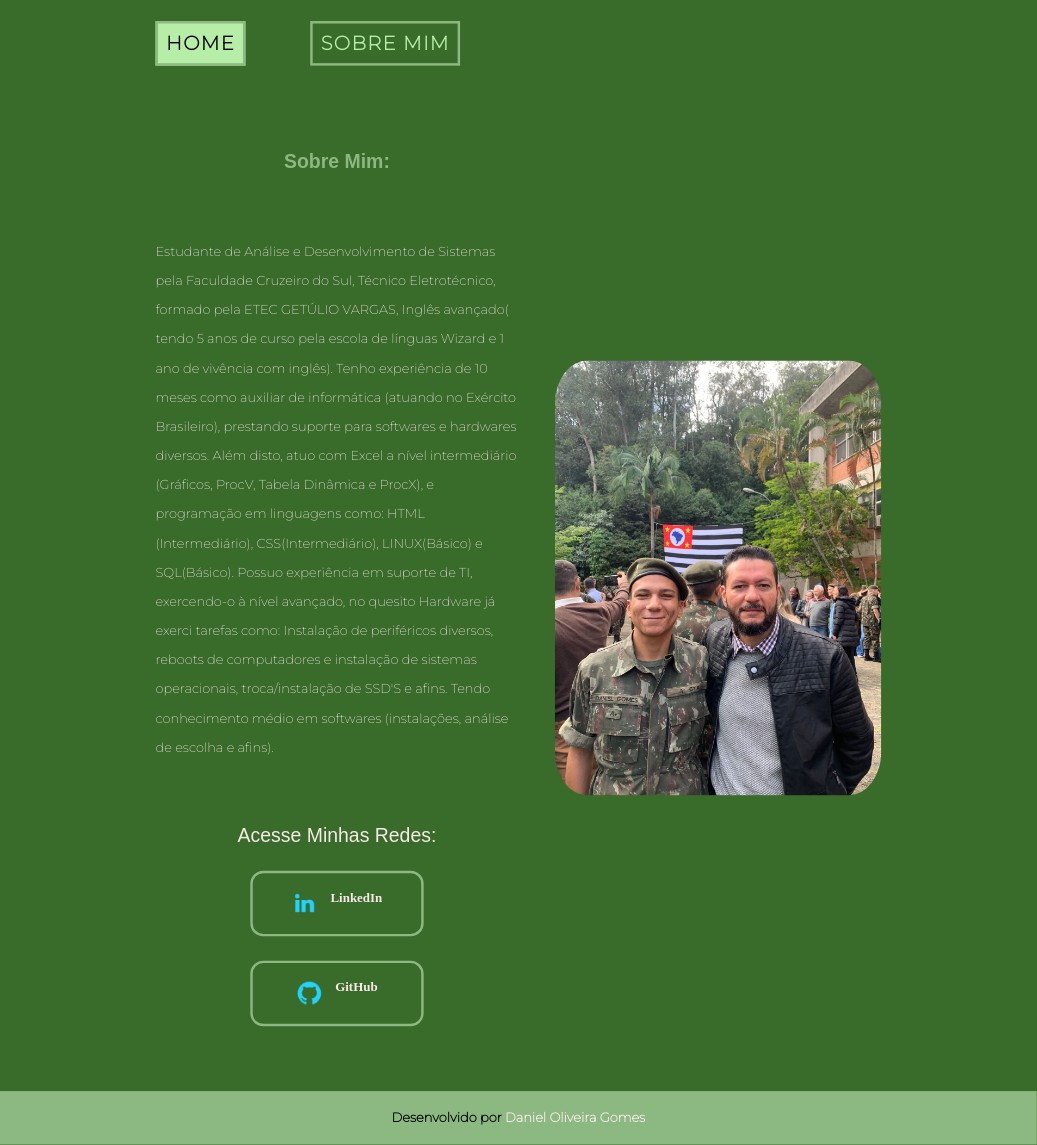
Repository: DamnDTX/Portfolio-Daniel-Oliveira-1
Page: about.html
An editor plug-in stored every save of this project. The page is shown before and after the next save, followed by the edit.
The browser window is 1280 px wide. The pictures show the whole page, at 81% of full size.
The pointer rests on the first visible `.cabecalho__menu__link`.
Some web fonts or font styles are not loaded; a fallback is used.

Above is the page before, as saved 2023-07-11 18:52:42.

After the next save:
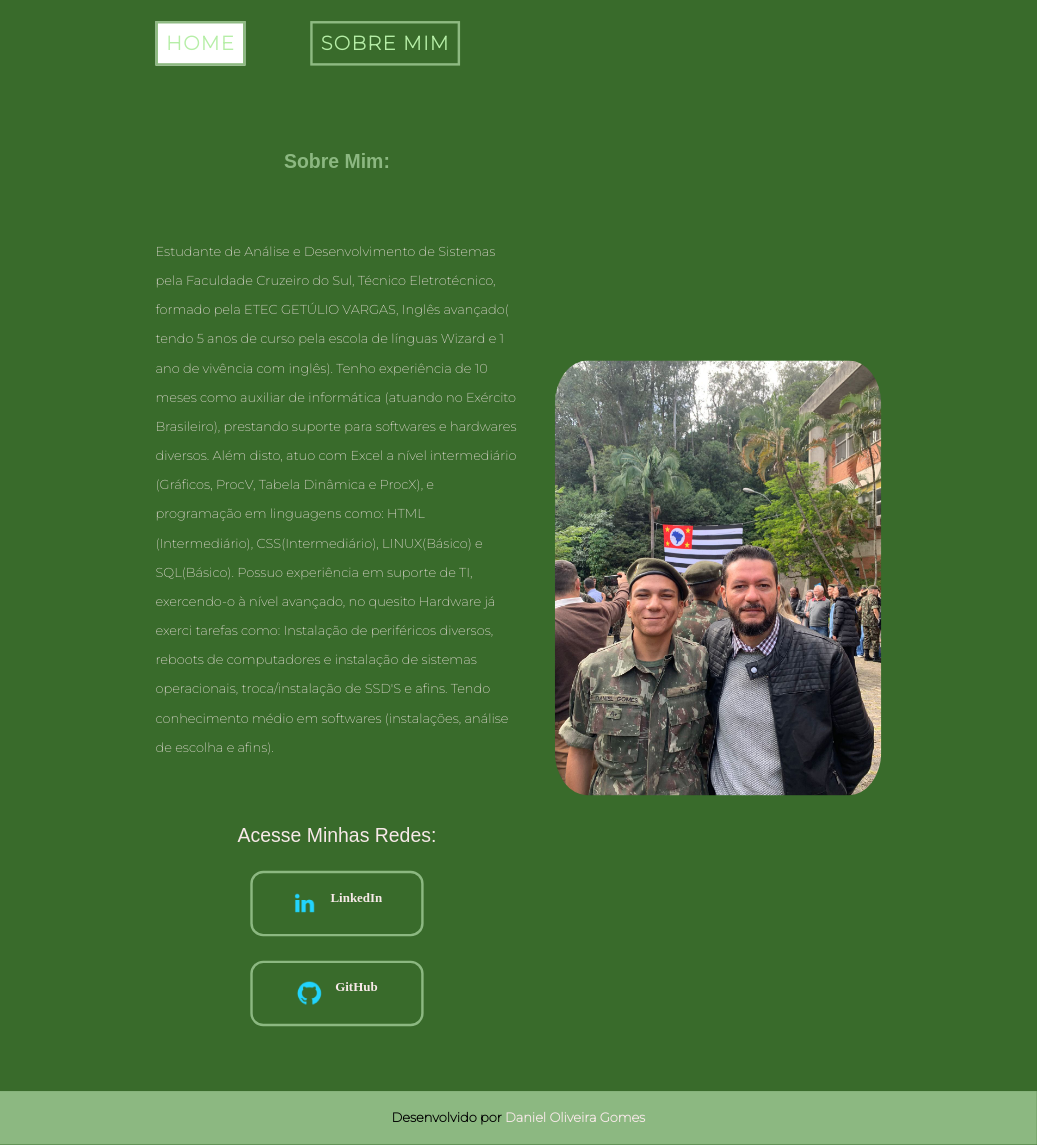
Saved 40 s later.
--- a/styles/about.css
+++ b/styles/about.css
@@ -155,8 +155,7 @@ gap: 40px;}
     .desenvolvedor{color: #F8E9E9;}
 
     .cabecalho__menu__link:hover{
-        background-color: #B6EEA7;
-        color: black;
+        background-color: white;
     }
 
 
